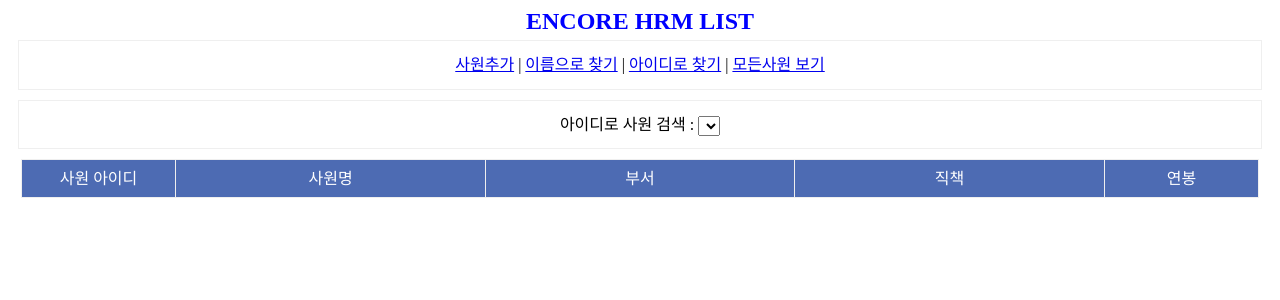
Repository: KangHoi/encore_vueWorkspace
Page: vue05_EncoreHRM/WebContent/index02.html
The author's editor kept a copy of each file at every save. The page is drawn from the files as they stood at one save, then again after the next save.
The browser window is 1280 px wide. The pictures show the whole page.
The page's requests for data from a server got no answer. Some web libraries are served in a nearby version.

Above is the page before, as saved 2021-07-14 02:28:25.

After the next save:
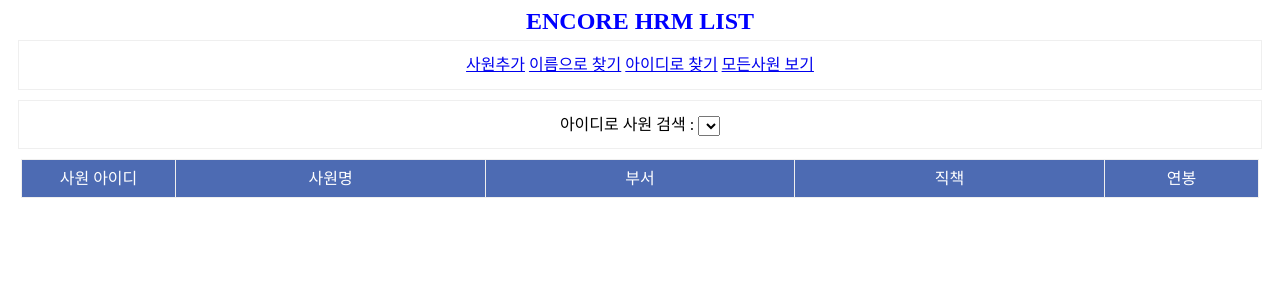
Saved 25 s later.
--- a/vue05_EncoreHRM/WebContent/index02.html
+++ b/vue05_EncoreHRM/WebContent/index02.html
@@ -15,9 +15,9 @@
             <h2>ENCORE HRM LIST</h2>
         </div>
         <div class='search_box'>
-            <a href='./index04.html'>사원추가</a> |
-            <a href='./index03.html'>이름으로 찾기</a> |
-            <a href='./index02.html'>아이디로 찾기</a> |
+            <a href='./index04.html'>사원추가</a>
+            <a href='./index03.html'>이름으로 찾기</a>
+            <a href='./index02.html'>아이디로 찾기</a>
             <a href='./index01.html'>모든사원 보기</a>
         </div>
 
